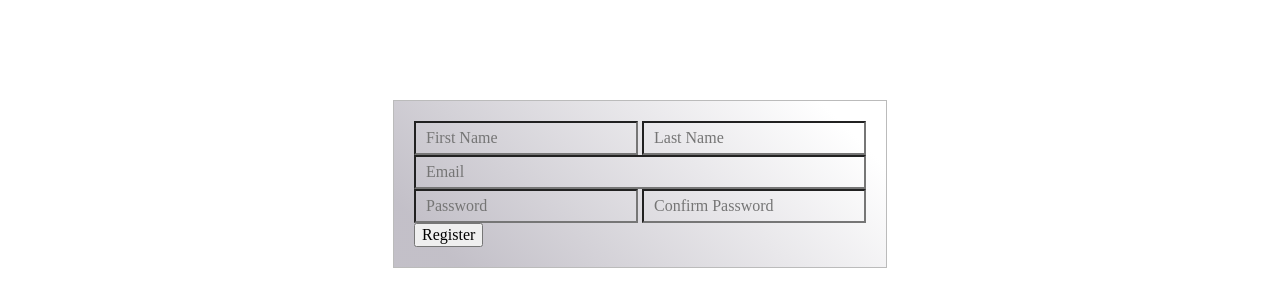
Repository: AMAmine89/vanilla-projects
Page: formo/index.html
The author's editor kept a copy of each file at every save. The page is drawn from the files as they stood at one save, then again after the next save.
The browser window is 1280 px wide. The pictures show the whole page.

Above is the page before, as saved 2021-05-05 04:33:02.

After the next save:
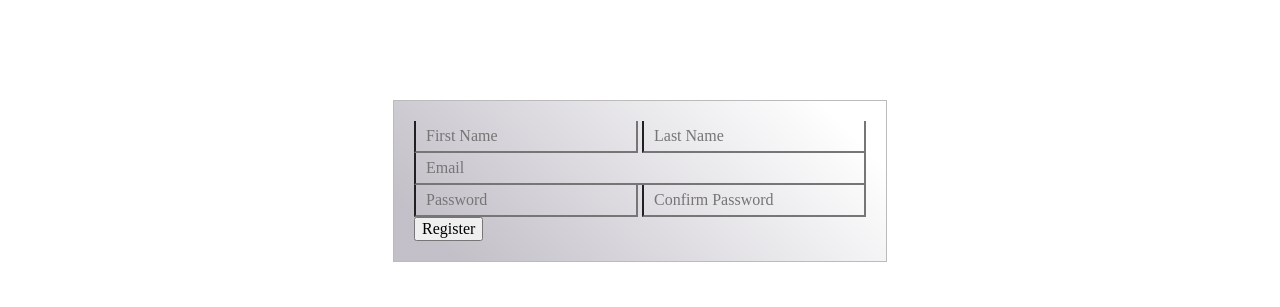
Saved 15 s later.
--- a/formo/style.css
+++ b/formo/style.css
@@ -23,7 +23,7 @@ input:not(input[type="submit"]) {
     padding: 5px 10px;
     height: 20px;
     background: transparent;
-    border: none none 1px;
+    border-top: none;
 
 }
 
